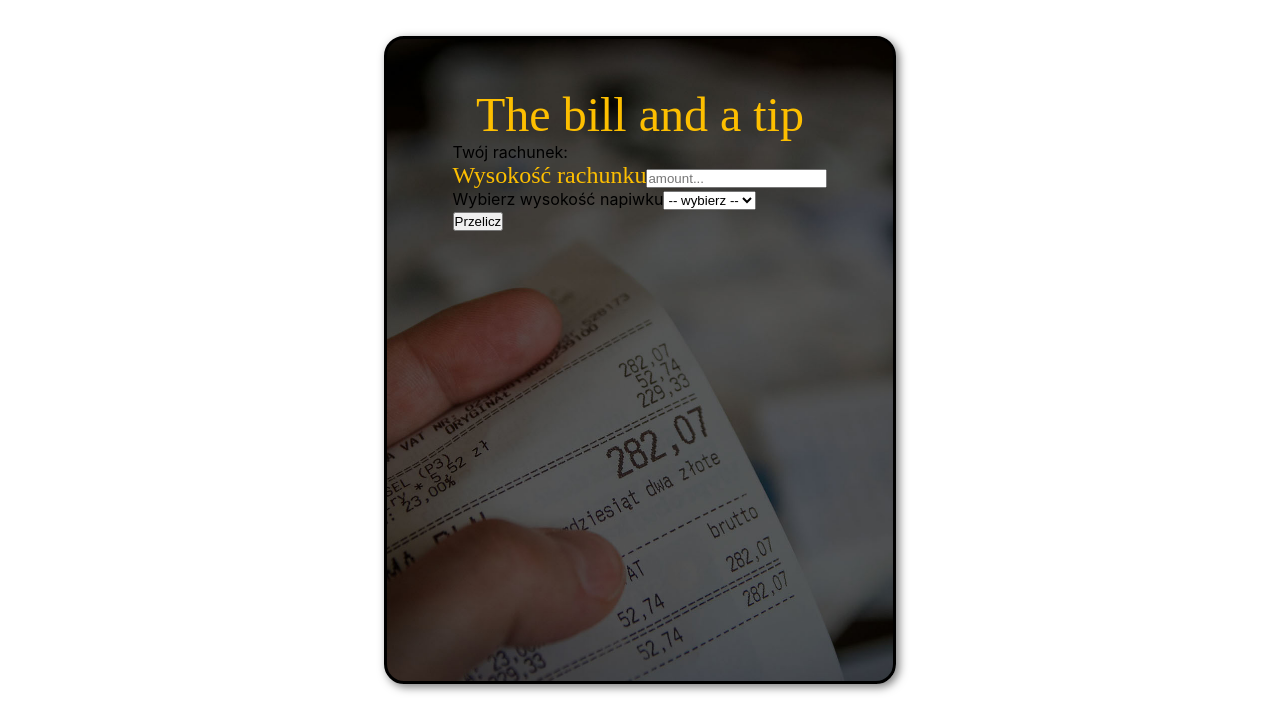
Repository: KrzysKolo/sr_tydzien4_zad1
Page: /
An editor plug-in stored every save of this project. The page is shown before and after the next save, followed by the edit.
The browser window is 1280 px wide. The pictures show the whole page.
Some web fonts or font styles are not loaded; a fallback is used. The project was rebuilt for these pictures with package versions that can differ from the ones it lists, and the page was loaded fresh each time.

Above is the page before, as saved 2020-11-06 10:36:44.

### public/index.html
<!DOCTYPE html>
<html lang="en">
  <head>
    <meta charset="utf-8" />
    <link rel="icon" href="%PUBLIC_URL%/favicon.ico" />
    <meta name="viewport" content="width=device-width, initial-scale=1" />
    <meta name="theme-color" content="#000000" />
    <meta
      name="description"
      content="Web site created using create-react-app"
    />
    <link rel="apple-touch-icon" href="%PUBLIC_URL%/logo192.png" />
    <!--
      manifest.json provides metadata used when your web app is installed on a
      user's mobile device or desktop. See https://developers.google.com/web/fundamentals/web-app-manifest/
    -->
    <link rel="manifest" href="%PUBLIC_URL%/manifest.json" />
    <!--
      Notice the use of %PUBLIC_URL% in the tags above.
      It will be replaced with the URL of the `public` folder during the build.
      Only files inside the `public` folder can be referenced from the HTML.

      Unlike "/favicon.ico" or "favicon.ico", "%PUBLIC_URL%/favicon.ico" will
      work correctly both with client-side routing and a non-root public URL.
      Learn how to configure a non-root public URL by running `npm run build`.
    -->
    <link href="https://fonts.googleapis.com/css2?family=Calligraffitti&family=Shadows+Into+Light+Two&family=Skranji&display=swap" rel="stylesheet">
    <title>Bill and tip</title>
  </head>
  <body>
    <noscript>You need to enable JavaScript to run this app.</noscript>
    <div id="root"></div>
    <!--
      This HTML file is a template.
      If you open it directly in the browser, you will see an empty page.

      You can add webfonts, meta tags, or analytics to this file.
      The build step will place the bundled scripts into the <body> tag.

      To begin the development, run `npm start` or `yarn start`.
      To create a production bundle, use `npm run build` or `yarn build`.
    -->
  </body>
</html>

### src/App.js
import './App.css';
import BillCard from './components/BillCard';
const App = () => {
  return (
    <div>
      <BillCard/>
    </div>
   );
}

export default App;

### src/components/BillCard.js
import React, { Component } from 'react';
import HeaderCard from './HeaderCard';
import SectionCard from './SectionCard';
import './BillCard.css';
class BillCard extends Component {
    state = {  }
    render() {
        return (
            <div className="billCard__wrapper">
                <HeaderCard/>
                <SectionCard />
            </div>
         );
    }
}

export default BillCard;

### src/components/HeaderCard.js
import React from 'react';
const HeaderCard = () => {
    return (
        <div className="billCard__header">
            The bill and a tip
        </div>
     );
}

export default HeaderCard;

### src/components/SectionCard.js
import React, { Component } from 'react';
class SectionCard extends Component {
    state = {  }
    render() {
        return (
            <section>
                <p>Twój rachunek: </p>
                <form>
                    <label className="label__BillCard" for="form__input-amount">Wysokość rachunku</label>
                    <input type="text" id="form__input-amount" name="amount" placeholder="amount..." /><br/>
                    <label for="form__select">Wybierz wysokość napiwku</label>
                    <select name="tip" id="cars">
                        <option value="">-- wybierz --</option>
                        <option value="5">5%</option>
                        <option value="10">10%</option>
                        <option value="15">15%</option>
                        <option value="20">20%</option>
                    </select> <br />
                    <button type="submit">Przelicz</button>
                </form>
            </section>
         );
    }
}

export default SectionCard;

### src/components/BillCard.css
.billCard__wrapper {
  width: 40vw;
  height: 90vh;
  background: url("./../image/bill.jpg");
  background-size: cover;
  border: 3px solid black;
  border-radius: 20px;
  box-shadow: 3px 3px 10px #7a7a7a;
  display: flex;
  flex-direction: column;
  align-items: center;
  margin: 5vh auto;
}
.billCard__header {
  font-family: "Skranji", cursive;
  font-size: 3rem;
  color: rgb(253, 191, 0);
  margin-top: 3rem;
}
.label__BillCard {
  font-family: "Shadows Into Light Two", cursive;
  font-size: 1.5rem;
  color: rgb(253, 191, 0);
}

Loaded but not shown: src/index.js (common file); src/index.css (common file); src/App.css (common file)

After the next save:
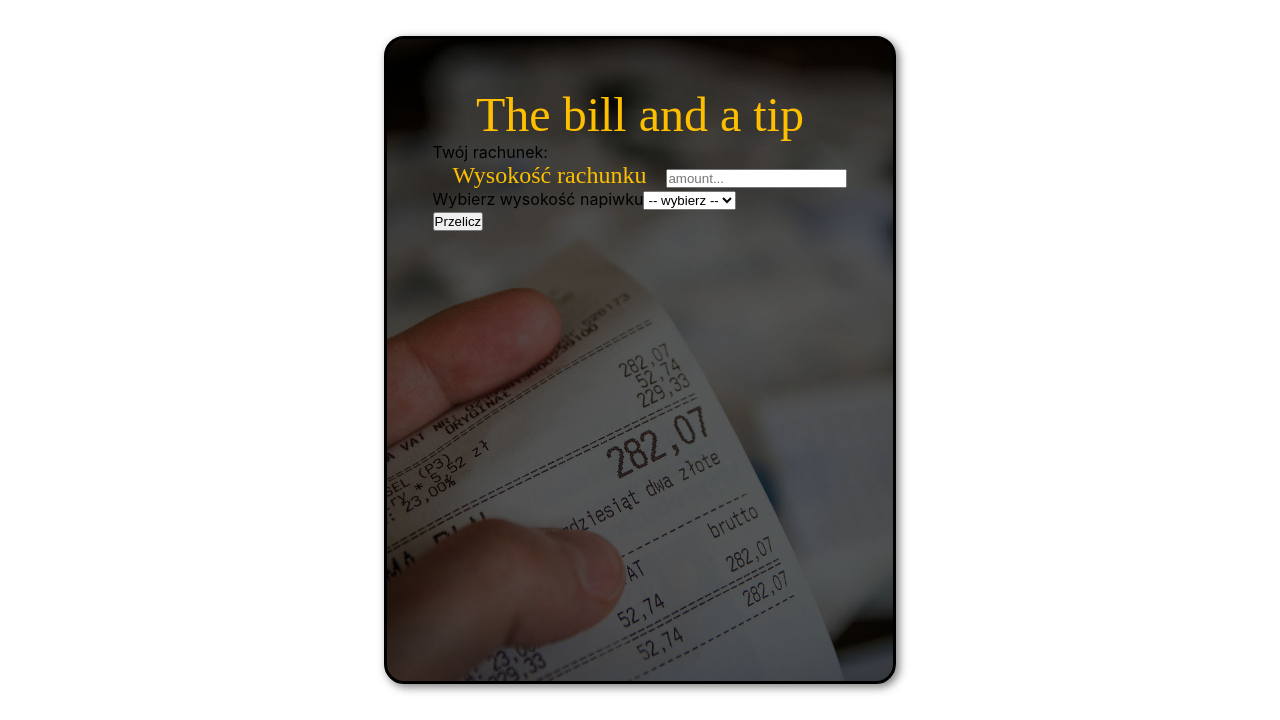
Saved 25 s later.
--- a/src/components/BillCard.css
+++ b/src/components/BillCard.css
@@ -21,4 +21,6 @@
   font-family: "Shadows Into Light Two", cursive;
   font-size: 1.5rem;
   color: rgb(253, 191, 0);
+  padding: 10px;
+  margin: 10px;
 }
